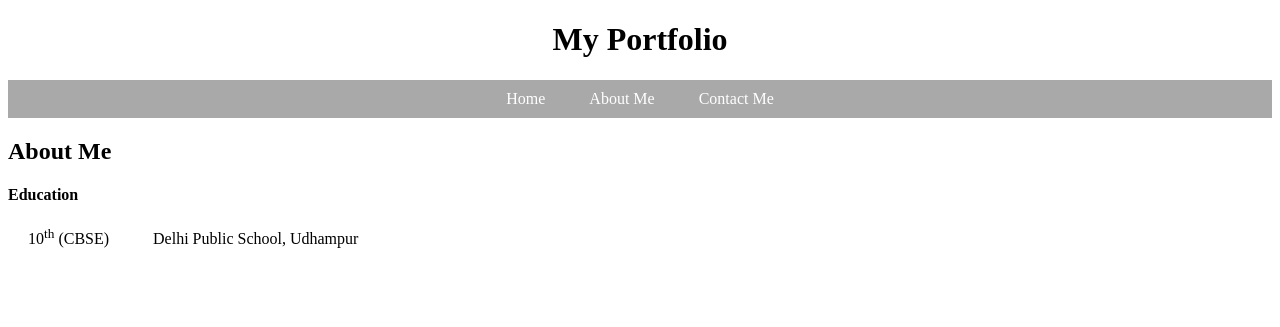
Repository: harshitanthal1/my_portfolio
Page: aboutme.html
An editor plug-in stored every save of this project. The page is shown before and after the next save, followed by the edit.
The browser window is 1280 px wide. The pictures show the whole page.

Above is the page before, as saved 2024-02-02 13:38:43.

### aboutme.html
<!DOCTYPE html>
<html lang="en">
<head>
    <meta charset="UTF-8">
    <meta name="viewport" content="width=device-width, initial-scale=1.0">
    <title>My Portfolio</title>
    <link rel="stylesheet" href="styles/styles.css" />
</head>
<body>
    <header><h1>My Portfolio</h1></header>
    <nav>
        <li><a href="index.html" target="_blank">Home</a></li>
        <li><a href="aboutme.html" target="_blank" >About Me</a></li>
        <li><a href="contactme.html" target="_blank" >Contact Me</a></li>
    </nav>
    <h2>About Me</h2>
    <div id="education">
        <h4>Education</h4>
        <li>
            10<sup>th</sup> (CBSE)
            <li>Delhi Public School, Udhampur</li>
        </li>
    </div>
</body>
</html>

### styles/styles.css
header {
    text-align: center;
}

nav {
    background-color: darkgrey;
    color: white;
    padding: 10px;
    text-align: center;
}

li {
    display: inline;
    margin-right: 20px;
    margin-left: 20px;
}

a {
    text-decoration: none;
    color: white;
}

#profile {
    padding: 10px;
    width: 350px;
    text-align: justify;
}

img {
    border-radius: 50%;
}

After the next save:
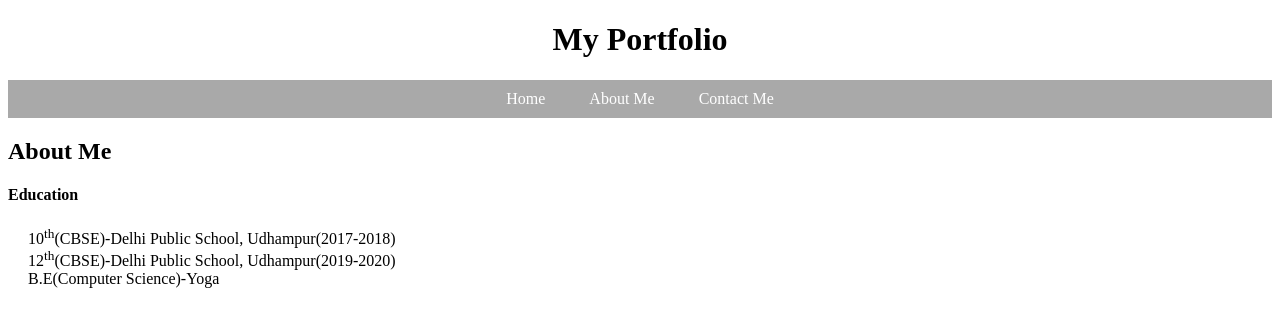
Saved 4 min 21 s later.
--- a/aboutme.html
+++ b/aboutme.html
@@ -16,10 +16,11 @@
     <h2>About Me</h2>
     <div id="education">
         <h4>Education</h4>
-        <li>
-            10<sup>th</sup> (CBSE)
-            <li>Delhi Public School, Udhampur</li>
-        </li>
+        <li>10<sup>th</sup>(CBSE)-Delhi Public School, Udhampur(2017-2018)</li>
+        <br/>
+        <li>12<sup>th</sup>(CBSE)-Delhi Public School, Udhampur(2019-2020)</li>
+        <br />
+        <li>B.E(Computer Science)-Yoga</li>
     </div>
 </body>
 </html>
